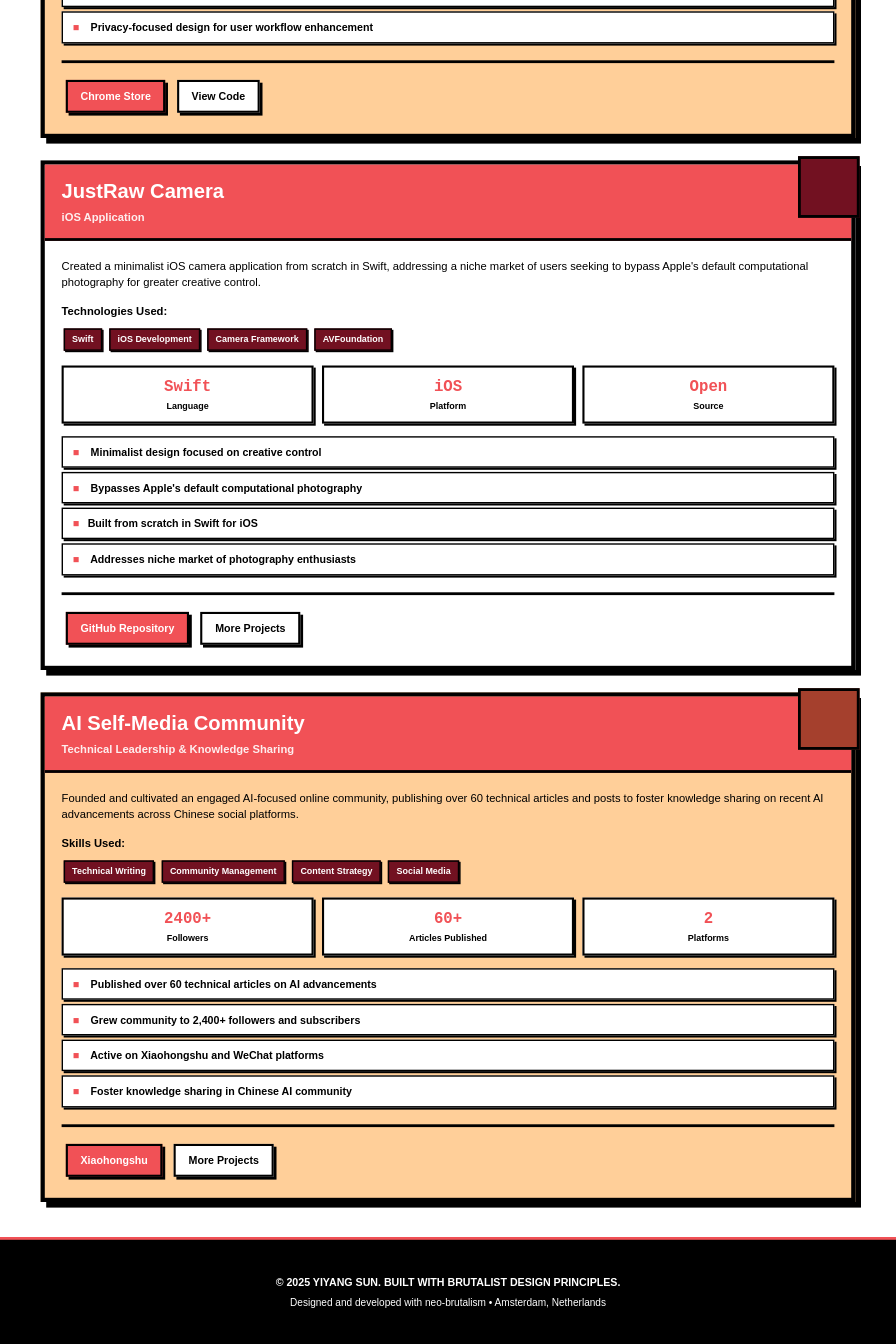
Repository: miloyiyangsun/yiyangsun.github.io
Page: .superdesign/design_iterations/yiyang_projects_v2.html
An editor plug-in stored every save of this project. The page is shown before and after the next save, followed by the edit.
The browser window is 1280 px wide. The pictures show the part of the page from y = 2483 to 4403 px (the page is 4403 px tall), at 70% of full size.

Above is the page before, as saved 2025-09-03 21:47:47.

After the next save:
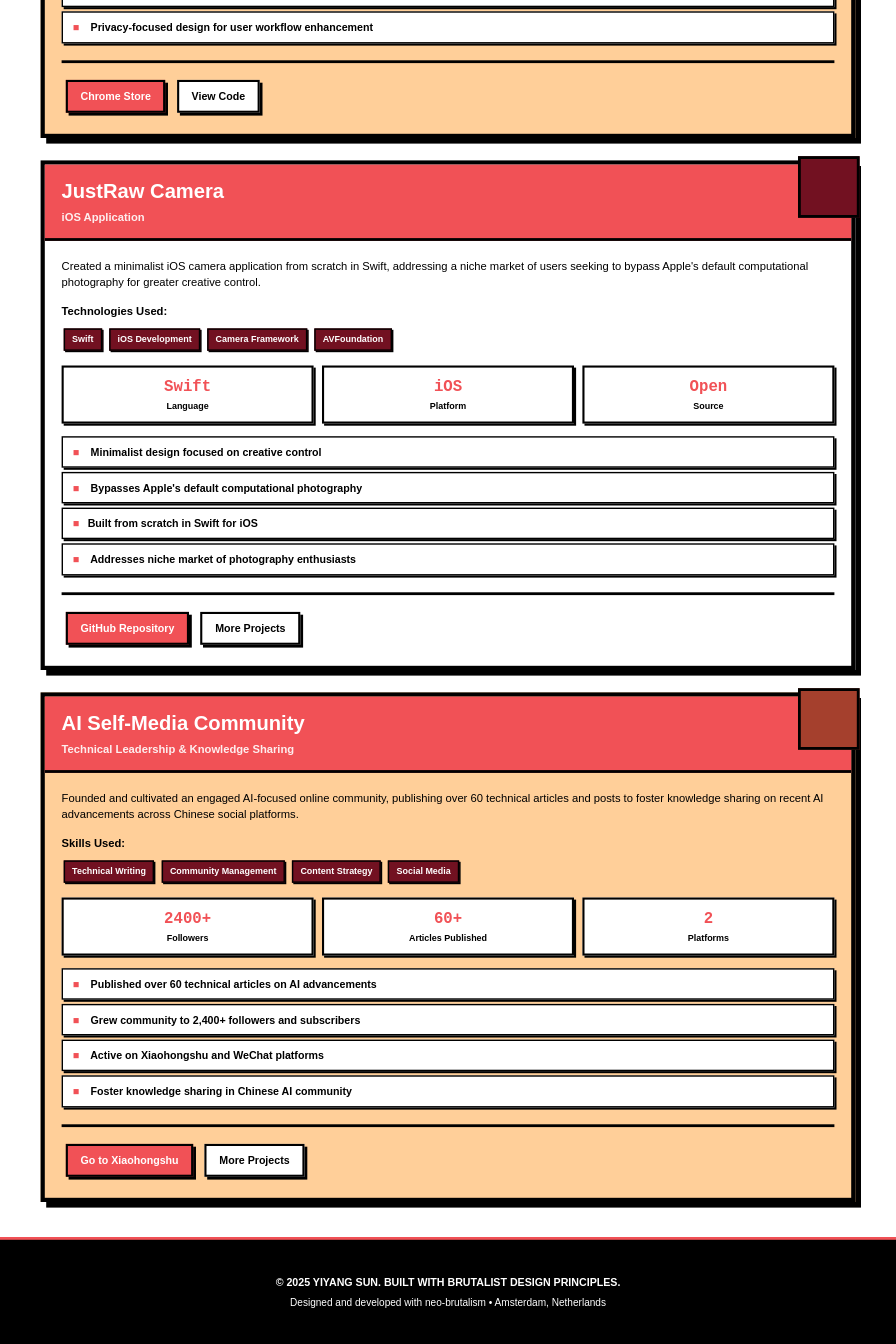
Saved 25 s later.
--- a/.superdesign/design_iterations/yiyang_projects_v2.html
+++ b/.superdesign/design_iterations/yiyang_projects_v2.html
@@ -659,7 +659,7 @@
               href="https://www.xiaohongshu.com/user/profile/6876efd1000000000d03c562"
               class="action-button"
               target="_blank"
-              >Xiaohongshu</a
+              >Go to Xiaohongshu</a
             >
             <a
               href="https://github.com/miloyiyangsun"
